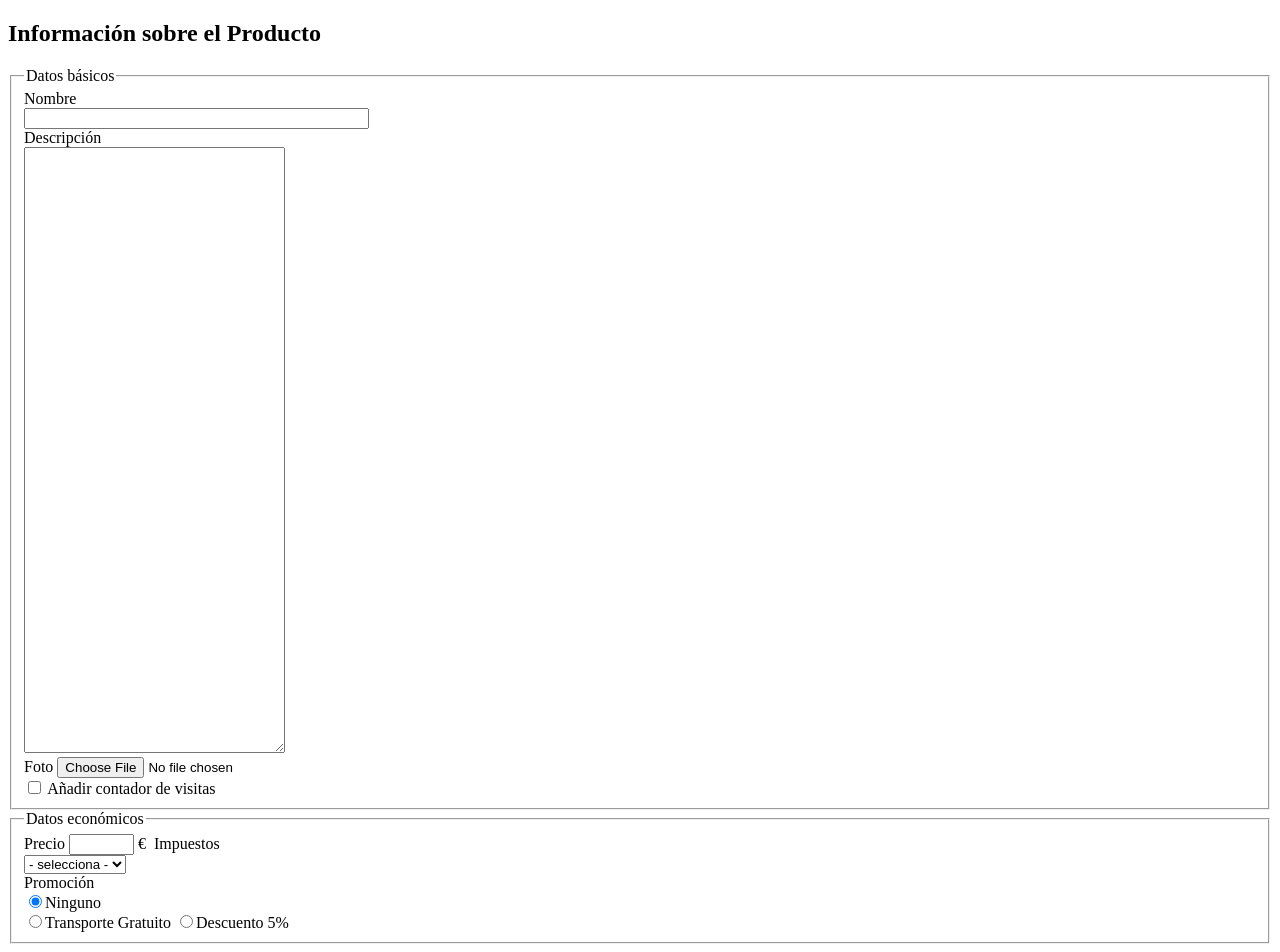
Repository: GonzaDelgado/JavaProjects
Page: modulo_html/WebContent/Form_avanzado2.html
The author's editor kept a copy of each file at every save. The page is drawn from the files as they stood at one save, then again after the next save.
The browser window is 1280 px wide. The pictures show the whole page.

Above is the page before, as saved 2021-02-08 15:41:04.

After the next save:
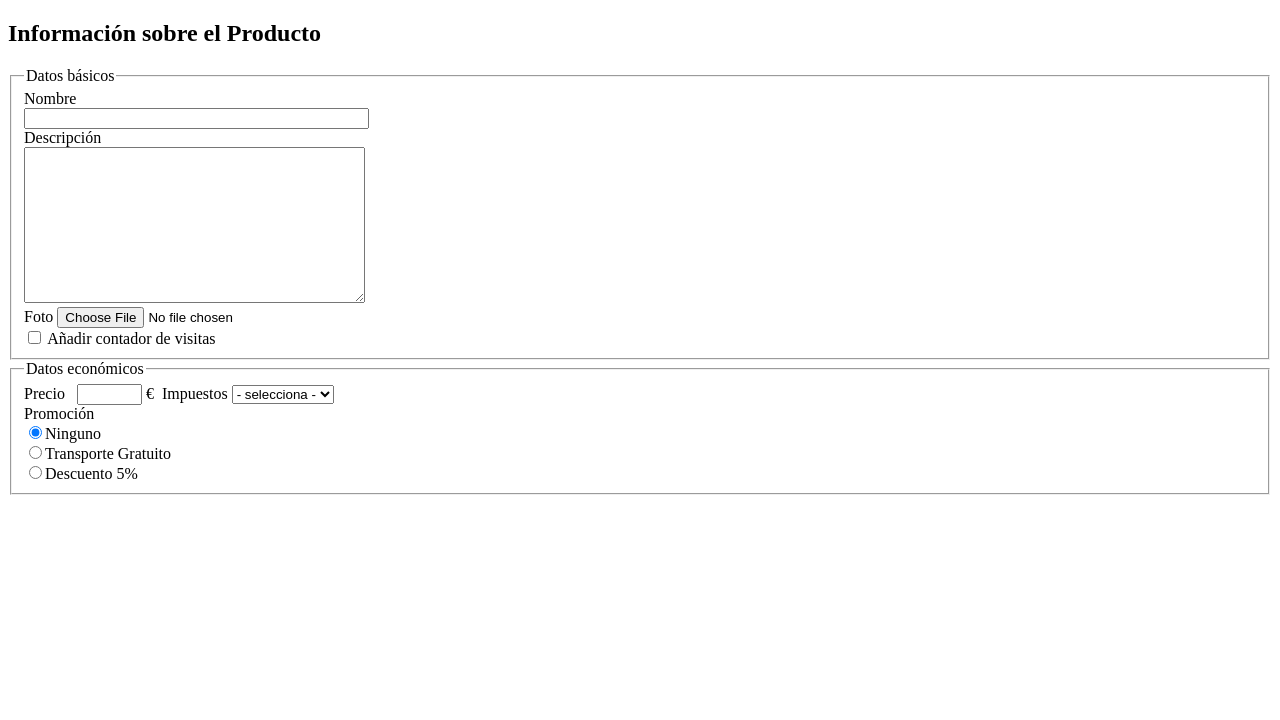
Saved 2 min 38 s later.
--- a/modulo_html/WebContent/Form_avanzado2.html
+++ b/modulo_html/WebContent/Form_avanzado2.html
@@ -11,16 +11,16 @@
 		<label for="nombre_usuario">Nombre</label> <br/>
 		<input type ="text" size="40" name="nombre" value="" maxlength="100"/><br>
 		<label for="descripcion">Descripción</label> <br/>
-		<textarea rows="40" cols="30" name="descripcion"></textarea><br>
+		<textarea rows="10" cols="40" name="descripcion"></textarea><br>
 		<label for="adjunto">Foto</label> <input type="file" name="adjunto" /><br>
 		<input name="añadir_contador" type="checkbox" value="añadir_contador"/>
 		<label for="añadir_contador">Añadir contador de visitas</label> <br/>
 
 	</fieldset>
 	<fieldset><legend>Datos económicos</legend>
-		<label for="nombre">Precio </label>
+		<label for="nombre">Precio </label>&nbsp;
 		<input type ="text" size="5" name="precio" value="" maxlength="10"/>&nbsp;&euro;&nbsp;
-		<label for="impuestos">Impuestos </label> <br/>
+		<label for="impuestos">Impuestos </label>
 		<select id="impuestos" name="impuestos">
 			<option value="" selected="selected">- selecciona -</option>
 			<option value="4porc">4%</option>
@@ -30,7 +30,7 @@
 		</select><br>
 		<label for="promocion">Promoción</label> <br/>
 		<input type="radio" name="promocion" value="ninguno" checked="checked"/><label for="ninguno">Ninguno</label> <br/>
-		<input type="radio" name="promocion" value="trans_grat"/><label for="trans_grat">Transporte Gratuito</label>
+		<input type="radio" name="promocion" value="trans_grat"/><label for="trans_grat">Transporte Gratuito</label><br>
 		<input type="radio" name="promocion" value="desc_5porc"/><label for="desc_5porc">Descuento 5%</label> <br/>
 
 	</fieldset>
